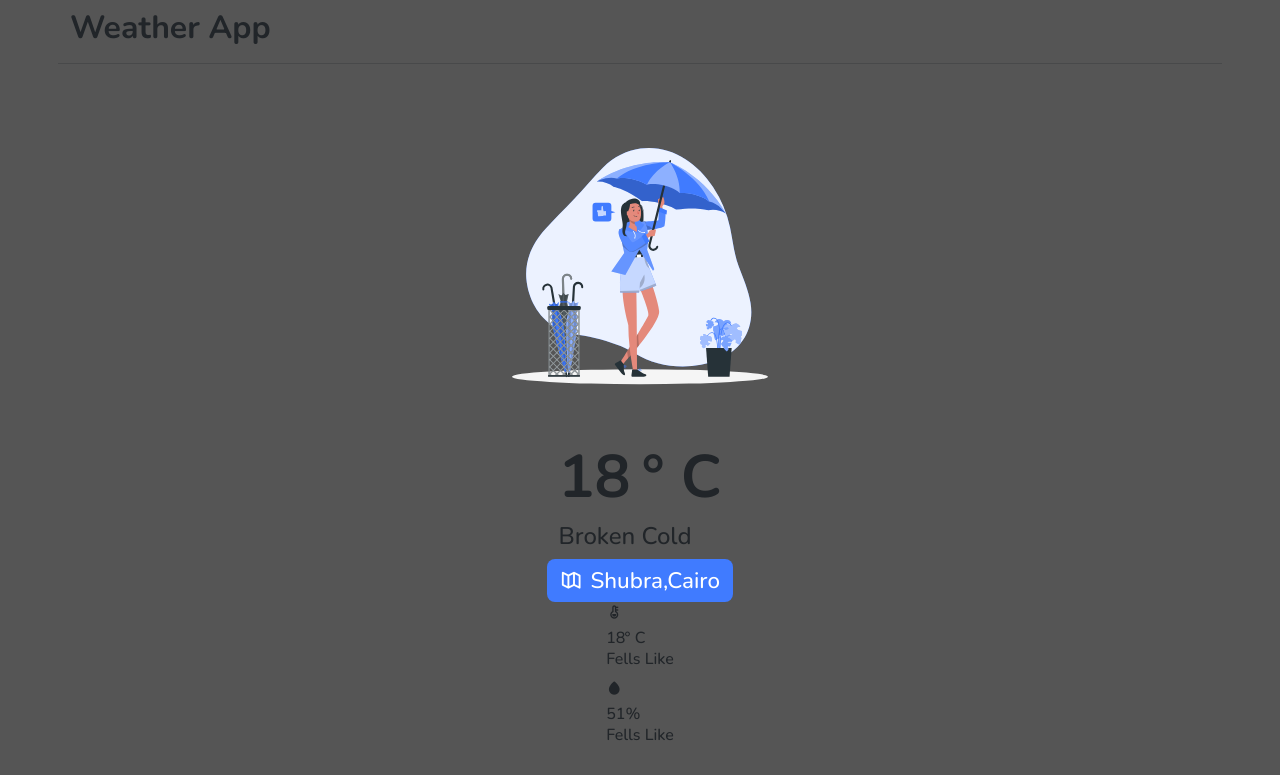
Repository: youssef168/Weather-App
Page: index.htm
The author's editor kept a copy of each file at every save. The page is drawn from the files as they stood at one save, then again after the next save.
The browser window is 1280 px wide. The pictures show the whole page.

Above is the page before, as saved 2021-12-28 20:14:58.

After the next save:
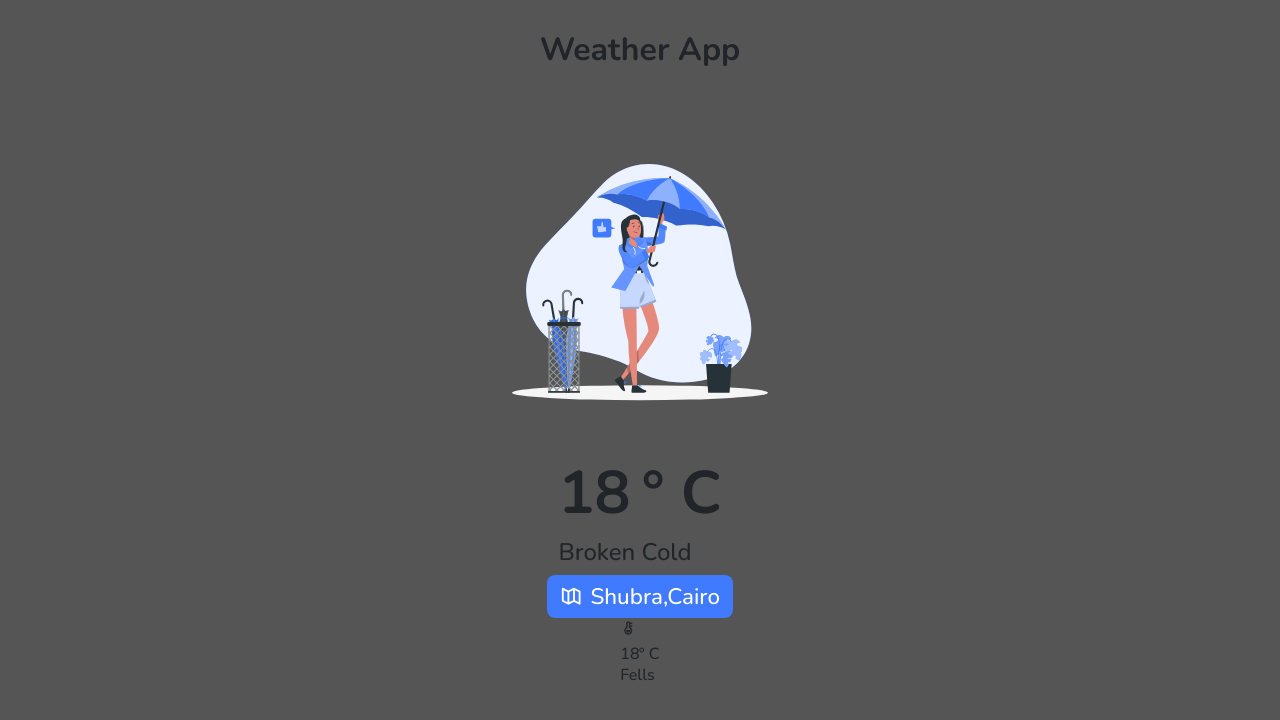
Saved 12 s later.
--- a/index.htm
+++ b/index.htm
@@ -15,10 +15,10 @@
 </head>
 <body>
     <div class="container">
-        <div class='row '>
-            <h2>Weather App</h2>
-            <hr>
+        <div class='row'>
           <div class='col'>
+              <h2>Weather App</h2>
+              <hr>
               <div class="wearher-img">
                   <img class="w-100" src="./Umbrella-rafiki.svg" alt="">
               </div>
@@ -44,16 +44,7 @@
                           C
                         </span>
                     </div>
-                    <h6>Fells Like</h6>
-                  </div>
-              </div>
-              <div class="detail-box">
-                  <div class="column Humidity">
-                    <i class='bx bxs-droplet'></i>
-                    <div class="innerFeild">
-                        <span class="degree-3">51%</span>
-                    </div>
-                    <h6>Fells Like</h6>
+                    <h6>Fells</h6>
                   </div>
               </div>
           </div>
